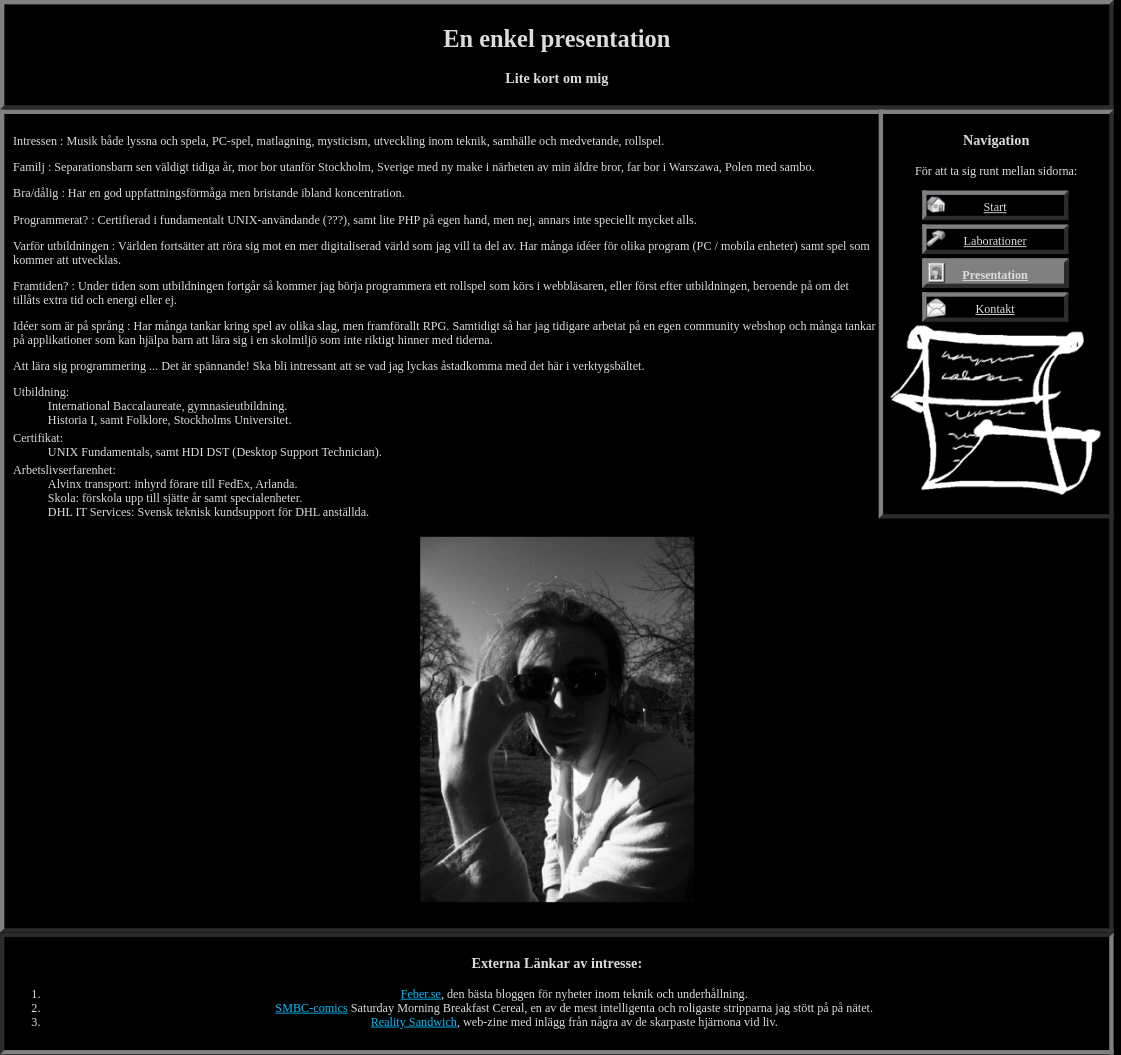
Repository: cg222im/1IK415_cg222im
Page: pages/presentation.html
The author's editor kept a record of every edit. The page is drawn from the files as they stood at one moment, then again after the next edit.
The browser window is 1280 px wide. The page is 1280 px wide, then 1288 px, so the pictures cover 1288 px, including what lies to the right of the window. The pictures show the whole page, at 87% of full size.

Above is the page before.

After the next edit:
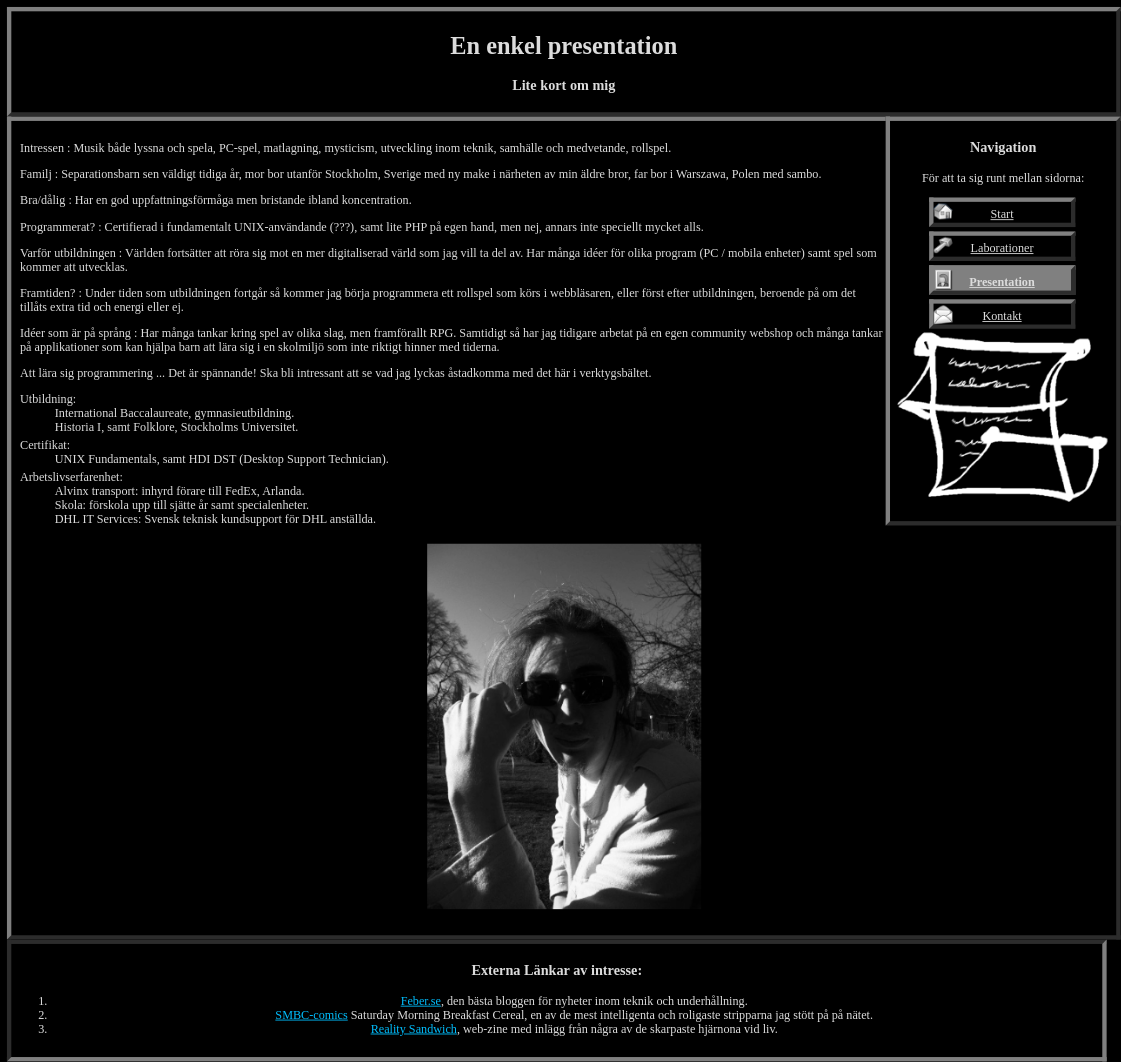
The edit:
--- a/css/style.css
+++ b/css/style.css
@@ -16,7 +16,7 @@
 
     color: #DCDCDC;
     text-align: center;
-    margin: auto auto;
+
 }
 
 #wrapper {
